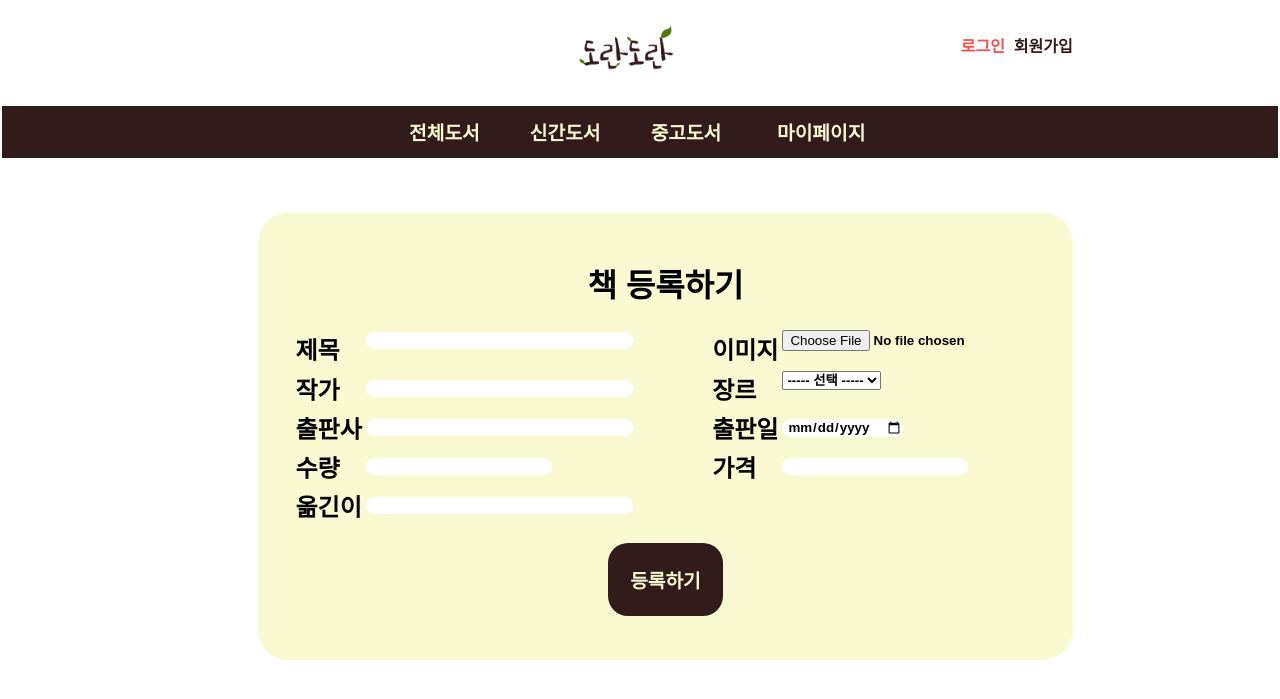
Repository: juhyun110701/DORANDORAN
Page: http://localhost/dorandoran/bookEnroll.jsp
The author's editor kept a copy of each file at every save. The page is drawn from the files as they stood at one save, then again after the next save.
The browser window is 1280 px wide. The pictures show the whole page.
Some web fonts or font styles are not loaded; a fallback is used. The page is served by Tomcat 9. Other server files are loaded and not shown.

Above is the page before, as saved 2019-07-31 06:39:15.

### dorandoran/WebContent/bookEnroll.jsp
<%@ page language="java" contentType="text/html; charset=utf-8"
    pageEncoding="utf-8"%>
<!DOCTYPE html PUBLIC "-//W3C//DTD HTML 4.01 Transitional//EN" "http://www.w3.org/TR/html4/loose.dtd">
<html>
<head>
<meta http-equiv="Content-Type" content="text/html; charset=utf-8">
<title>도란도란 : 책 등록</title>
<link rel="stylesheet" href="css/bookEnroll.css">
<link href="https://fonts.googleapis.com/css?family=Sunflower:300&display=swap" rel="stylesheet">
<script>
    	window.onload=function(){
    		document.form.title.focus();
    	}

	    function check(){
			/*if(document.form.id.value==""){
				alert("아이디를 입력해주세요");
				document.form.id.focus();
				return;
			}
			if(document.form.pw.value==""){
				alert("비밀번호를 입력해주세요");
				document.form.pw.focus();
				return;
			}*/
			document.forms['form'].submit();	//아이디, 비밀번호 다 입력했을 시 loginProc.jsp로 이동
		}//function check()
</script>
</head>
<body>
<jsp:include page="top.jsp" flush="false"/><p><br>
<form name="form" action="bookEnrollProc.jsp" method="post">
    <table id="whole">
        <tr>
           <td colspan=3>
               <div id="box" align="center">
                   <h1>책 등록하기</h1>
                   <p/>
                   <table>
                      <tr>
                         	<td>
                               <font size="5%">제목</font>
                         	 </td>
                         	<td>
                              <input type="text" name="title" class="text" size=30><p>
                       	    </td>
                      		<td width="10%"></td>
                      		<td>
                               <font size="5%">이미지</font>
                          	</td>
                      		<td>
                              <input type="file" name="file"><p>
                          	</td>
                      </tr>
                      <tr>
                            <td>
                                <font size="5%">작가</font>
                            </td>
                            <td>
                                <input type="text" name="writer" class="text" size=30>
                            </td>
                            <td width="10%"></td>
                            <td>
                               <font size="5%">장르</font>
                          	</td>
                      		<td>
                              <select name="genre">
                              	<option value="null" selected>----- 선택 -----</option>
                              	<option value="000">총류</option>
                              	<option value="100">철학</option>
                              	<option value="200">종교</option>
                              	<option value="300">사회과학</option>
                              	<option value="400">순수과학</option>
                              	<option value="500">기술과학</option>
                              	<option value="600">예술</option>
                              	<option value="700">언어</option>
                              	<option value="800">문학</option>
                              	<option value="900">역사</option>
                              </select><p>
                          	</td>
                       </tr>
                       <tr>
                            <td>
                                <font size="5%">출판사</font>
                            </td>
                            <td>
                                <input type="text" name="publisher" class="text" size=30>
                            </td>
                            <td width="10%"></td>
                            <td>
                                <font size="5%">출판일</font>
                            </td>
                            <td>
                                <input type="date" name="publish_date" class="text" size=30>
                            </td>
                       <tr>
                            <td>
                                <font size="5%">수량</font>
                            </td>
                            <td>
                                <input type="number" name="stock" class="text" size=30>
                            </td>
                       		<td width="10%"></td>
                            <td>
                                <font size="5%">가격</font>
                            </td>
                            <td>
                                <input type="number" name="price" class="text" size=30>
                            </td>
                       </tr>
                       <tr>
                            <td>
                                <font size="5%">옮긴이</font>
                            </td>
                            <td  colspan=4>
                                <input type="text" name="translator" class="text" size=30>
                            </td>
                       </tr>
                       <tr>
                           <td colspan=5 align="center">
                           	<p>
                           	<input type="button" id="enroll" class="btn" value="등록하기" onclick="check()">
                           	<p>
                           </td>
                       </tr>
                   </table>

               </div>
           </td>
        </tr>
    </table>
</form>
</body>
</html>

### dorandoran/WebContent/top.jsp
<%@ page language="java" contentType="text/html; charset=UTF-8"
    pageEncoding="UTF-8"%>
<!DOCTYPE html>
<html>
<head>
<meta charset="utf-8">
<title>도란도란</title>
<!--
<link rel="shortcut icon" href="img/logo.png">
<link rel="apple-touch-icon" href="img/logo_apple.png">
-->
<link rel="stylesheet" href="css/index.css">
<link href="https://fonts.googleapis.com/css?family=Sunflower:300&display=swap" rel="stylesheet">
<script>
	function check(){
		alert("로그인 후 이용하실 수 있습니다");
		return ;
	}
</script>
</head>
<body>
    <table id="whole">
        <tr>
            <td width="45%"></td>
            <td width="10%"><a href="index.jsp"><img src="img/logo.png" width="80%"></a></td>
            <td width="45%" style="padding-left:20%;">
            <div id="login"></div>
                		<a href="login.jsp" class="top_menu" style="color:#f54e42;" target="_top">로그인</a>&nbsp;
                		<a href="signup.jsp" class="top_menu" target="_top">회원가입</a><p>
            </td>
        </tr>
        <tr class="menu">
            <td colspan=3>
                <table width="100%" height="50px">
                    <tr>
                       <td width="30%"></td>
                        <td class="menu_in"><a href="index.jsp">전체도서</a></td>
                        <td class="menu_in"><a href="recentBook.jsp">신간도서</a></td>
                        <td class="menu_in"><a href="oldBook.jsp">중고도서</a></td>
                        <td class="menu_in"><a onclick="check()">마이페이지</a></td>
                        <td width="30%"></td>
                    </tr>
                </table></td>
        </tr>
    </table>
</body>
</html>

### dorandoran/WebContent/css/bookEnroll.css
body{
    margin:0;
}

*{
    font-family: 'Sunflower', sans-serif;
    font-weight:bold;
}

#whole{
    width:100%;
    height:100%;
}

a{
    text-decoration: none;
}

#box{
    background-color:lightgoldenrodyellow;
    border-radius:30px;
    width:60%;
    margin-left: 20%;
    padding:2%;
}

.text{
	border-radius:10px;
	border:0;
	outline:0;
	padding-left:5px;
}

.btn{
	background-color:#311b1b;
	color:lightgoldenrodyellow;
	border-radius:20px;
	border:0;
	outline:0;
	padding:3%;
	font-size:120%;
}

### dorandoran/WebContent/css/index.css
body{
    margin:0;
}

*{
    font-family: 'Sunflower', sans-serif;
    font-weight:bold;
}

#whole{
    width:100%;
    height:100%;
}

a{
    text-decoration: none;
}

.top_menu{
    color:#311b1b;
}

.top_menu:hover{
    color:#ed6853;
}

.menu{
    background-color:#311b1b;
    text-align:center;
    font-size:120%;
}

.menu_in a{
    color:lightgoldenrodyellow;
    width:10%;
}

.menu_in a:hover{
    color:#ed6853;
}

After the next save:
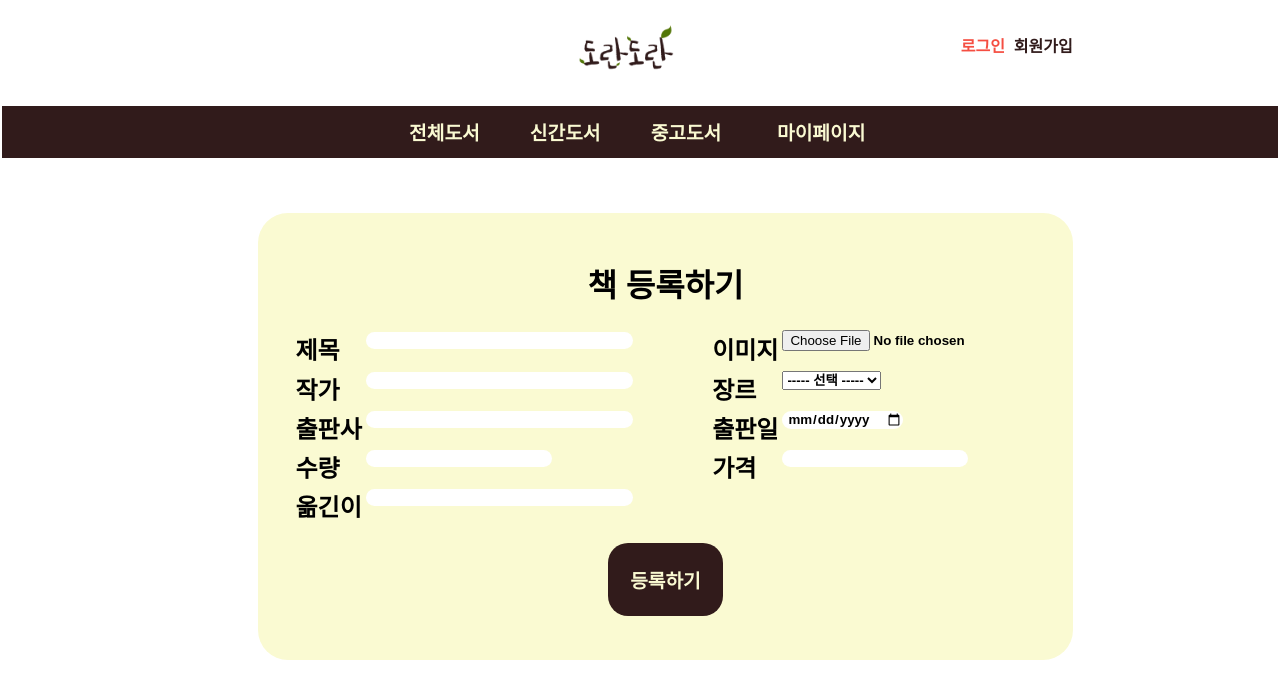
Saved 64 s later.
--- a/dorandoran/WebContent/bookEnroll.jsp
+++ b/dorandoran/WebContent/bookEnroll.jsp
@@ -57,7 +57,7 @@
                                 <font size="5%">작가</font>
                             </td>
                             <td>
-                                <input type="text" name="writer" class="text" size=30>
+                                <input type="text" name="writer" class="text" size=30><p>
                             </td>
                             <td width="10%"></td>
                             <td>
@@ -84,28 +84,28 @@
                                 <font size="5%">출판사</font>
                             </td>
                             <td>
-                                <input type="text" name="publisher" class="text" size=30>
+                                <input type="text" name="publisher" class="text" size=30><p>
                             </td>
                             <td width="10%"></td>
                             <td>
                                 <font size="5%">출판일</font>
                             </td>
                             <td>
-                                <input type="date" name="publish_date" class="text" size=30>
+                                <input type="date" name="publish_date" class="text" size=30><p>
                             </td>
                        <tr>
                             <td>
                                 <font size="5%">수량</font>
                             </td>
                             <td>
-                                <input type="number" name="stock" class="text" size=30>
+                                <input type="number" name="stock" class="text" size=30><p>
                             </td>
                        		<td width="10%"></td>
                             <td>
                                 <font size="5%">가격</font>
                             </td>
                             <td>
-                                <input type="number" name="price" class="text" size=30>
+                                <input type="number" name="price" class="text" size=30><p>
                             </td>
                        </tr>
                        <tr>
@@ -113,7 +113,7 @@
                                 <font size="5%">옮긴이</font>
                             </td>
                             <td  colspan=4>
-                                <input type="text" name="translator" class="text" size=30>
+                                <input type="text" name="translator" class="text" size=30><p>
                             </td>
                        </tr>
                        <tr>
